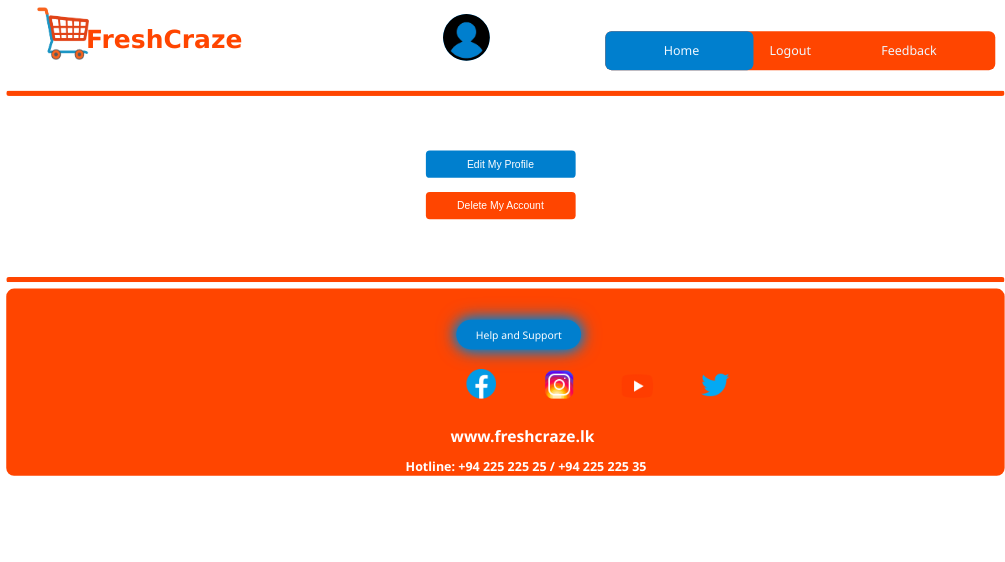
Repository: chamarac2002/FreshCraze
Page: http://localhost/CustomerDemo/useraccount.jsp
These files come from the project's save history. The page is drawn as it stood at one moment and after the next save; the edit follows.
The browser window is 1280 px wide. The page is 1288 px wide, so the pictures cover 1288 px, including what lies to the right of the window. The pictures show the whole page, at 78% of full size.
The page is served by Tomcat 9. Nobody is signed in. The application's start-up code is not run. The template is opened directly, without the code that normally fills it, so the values that code supplies are empty.

Above is the page before, as saved 2024-05-11 07:00:10.

After the next save:
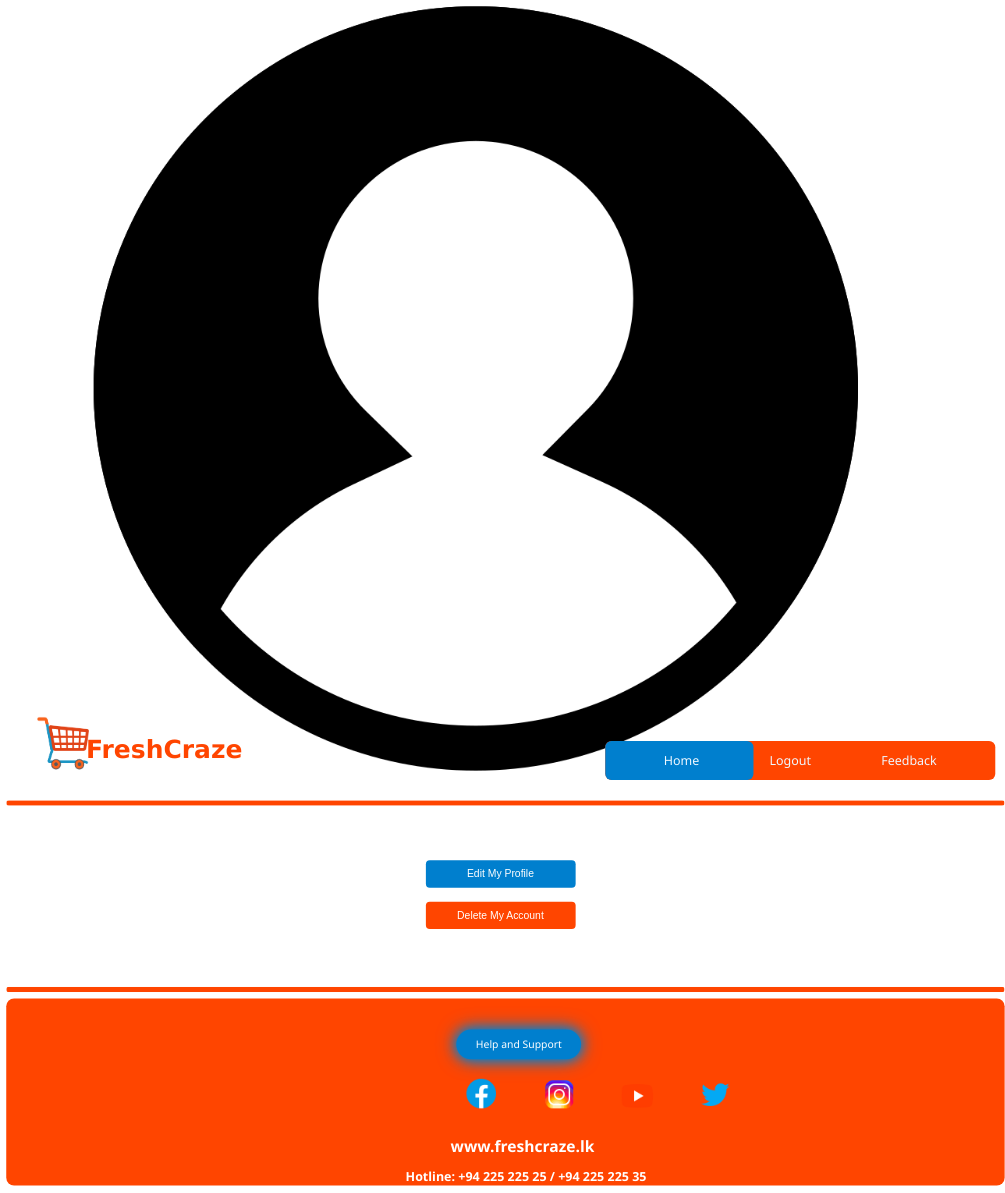
Saved 16 s later.
--- a/CustomerDemo/src/main/webapp/useraccount.jsp
+++ b/CustomerDemo/src/main/webapp/useraccount.jsp
@@ -17,7 +17,7 @@
 <img src="images\logo.png" class="logo" >
 
 <a href="profile.jsp" target="_blank">
-<img src="images\user.png" class="user">
+<img src="images\user.png" class="user1">
 </a>
 
     <h1 class="logo_topic">FreshCraze</h1>

After the save that followed:
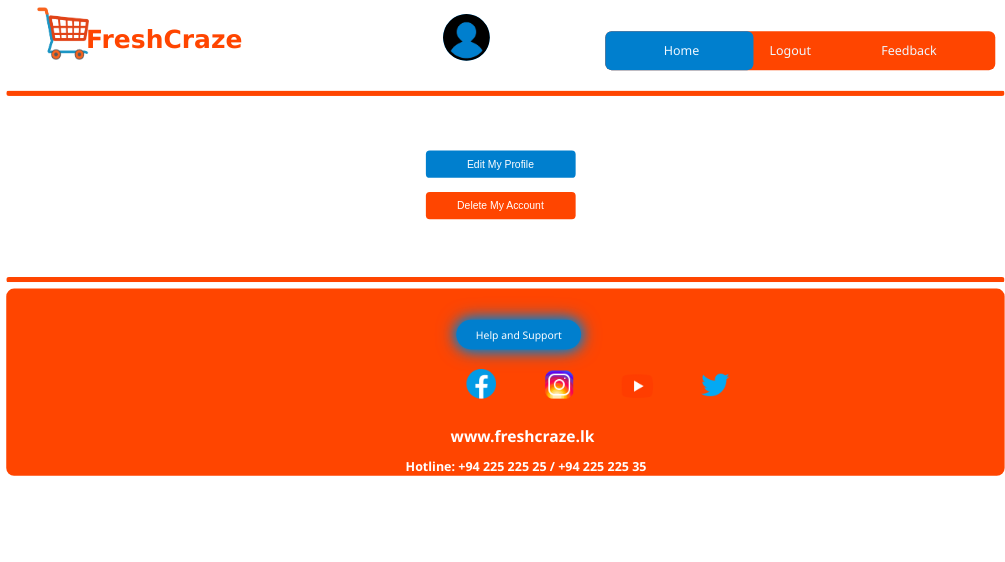
Saved 7 s later.
--- a/CustomerDemo/src/main/webapp/Styles/useraccountStyle.css
+++ b/CustomerDemo/src/main/webapp/Styles/useraccountStyle.css
@@ -12,7 +12,7 @@
     margin-left: 3%;
 }
 
-.user{
+.user1{
     width: 60px;
     height: 60px;
     margin-left: 35%;
